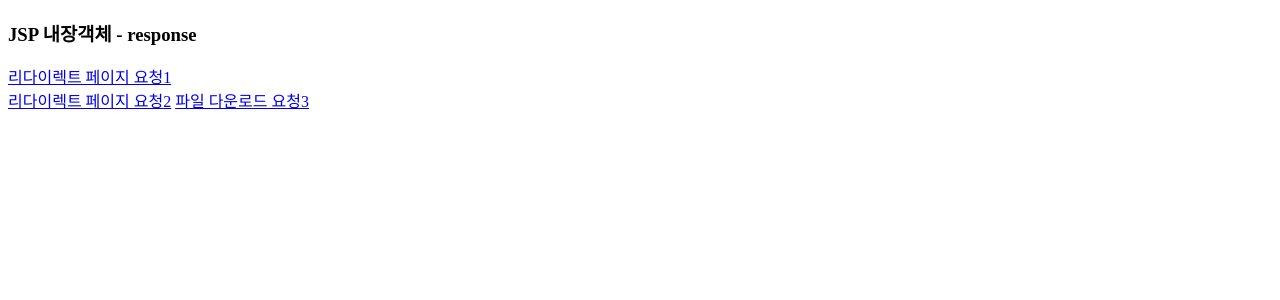
Repository: SangKyuuu/Jsp
Page: http://localhost/ch03/2_response.jsp
The author's editor kept a copy of each file at every save. The page is drawn from the files as they stood at one save, then again after the next save.
The browser window is 1280 px wide. The pictures show the whole page.
The page is served by Tomcat 9.

Above is the page before, as saved 2025-07-28 06:22:52.

After the next save:
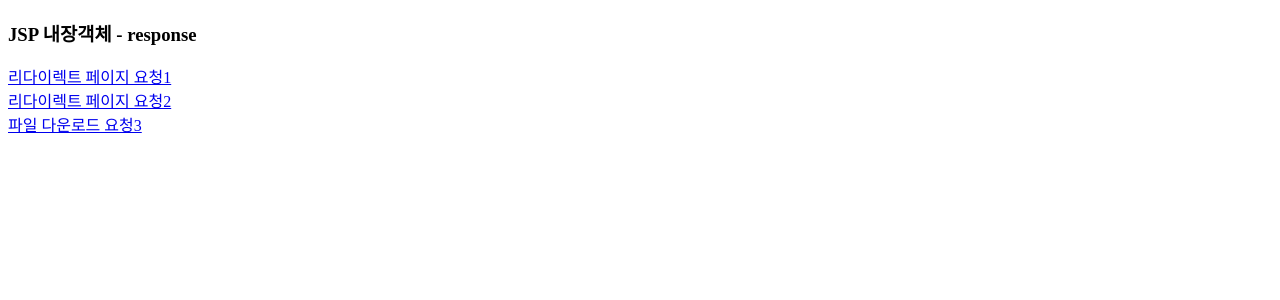
Saved 6 s later.
--- a/ch03/src/main/webapp/2_response.jsp
+++ b/ch03/src/main/webapp/2_response.jsp
@@ -14,7 +14,7 @@
 		<h3>JSP 내장객체 - response</h3>
 
 		<a href="./proc/redirect1.jsp">리다이렉트 페이지 요청1</a><br/>
-		<a href="./proc/redirect2.jsp">리다이렉트 페이지 요청2</a>
+		<a href="./proc/redirect2.jsp">리다이렉트 페이지 요청2</a><br/>
 		<a href="./proc/redirect3.jsp">파일 다운로드 요청3</a>
 	</body>
 </html>
